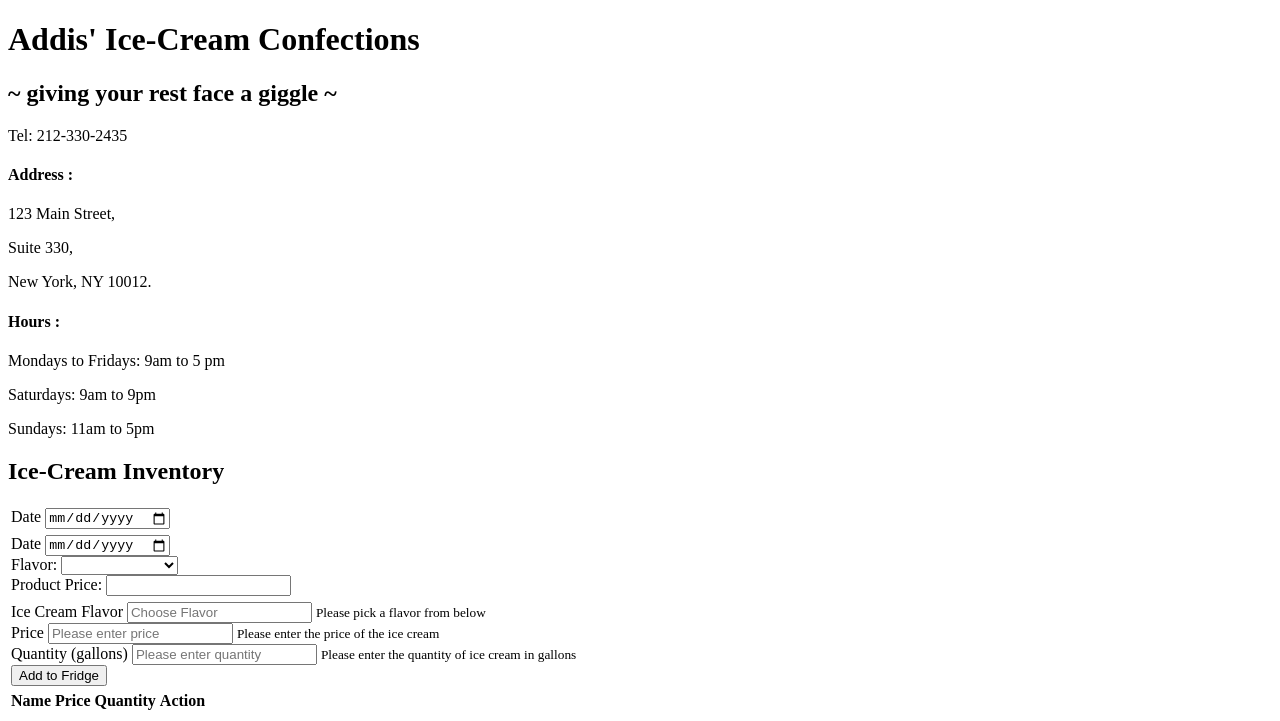
Repository: addisjackson/inventory-web-application
Page: index.html
The author's editor kept a copy of each file at every save. The page is drawn from the files as they stood at one save, then again after the next save.
The browser window is 1280 px wide. The pictures show the whole page.

Above is the page before, as saved 2023-07-05 17:59:09.

### index.html
<!DOCTYPE html>
<html lang="en">
<head>
    <meta charset="UTF-8">
    <meta name="viewport" content="width=, initial-scale=1.0">
    <meta http-equiv="X-UA-Compatible" content="ie=edge">
    <title>Inventory Web Application</title>
    <link rel="stylesheet" href="style.css">
    <script>
        function toggleNewFlavorInput() {
            const flavorSelect = document.getElementById("flavor");
            const newFlavorInput = document.getElementById("newFlavorInput");
            if (flavorSelect.value === "newFlavor") {
                newFlavorInput.style.display = "block";
            } else {
                newFlavorInput.style.display = "none";
            }
        }
    </script>
</head>
    <body>
    <div class="storename">
        <div class="header">
            <h1>Addis' Ice-Cream Confections</h1>
        </div>
    </div>
        <div class="slogon">
            <h2>~ giving your rest face a giggle ~</h2>
        </div>
        <div class="tel">
            <p>Tel: 212-330-2435</p>
        </div>
        <div class="addresshours">
            <div class="address">
                <h4>Address :</h4>
                <p>123 Main Street,</p>
                <p>Suite 330,</p>
                <p>New York, NY 10012.</p>
            </div>
        <div class="addresshours">
            <div class="hours">
                <h4>Hours :</h4>
                <p>Mondays to Fridays: 9am to 5 pm</p>
                <p>Saturdays: 9am to 9pm</p>
                <p>Sundays: 11am to 5pm</p>
            </div>
        </div>
        <div class="title">
            <h2>Ice-Cream Inventory</h2>
        </div>
            </div>
        <table>
            <tr>
                <td>
                    <form autocomplete="off" onsubmit="onFormSubmit()">
                        <div class="datename">
                            <label for="date">Date</label>
                            <input type="date" name="date" id="date">
                        </div>
                        <div class="datename">

                        </div>
                    </form>
                </td>
            </tr>
        </table>
        <table>
            <tr>
                <td>
                    <form autocomplete="off" onsubmit="onFormSubmit()">
                        <div class="datename">
                            <label for="date">Date</label>
                            <input type="date" name="date" id="date">
                        </div>
                        <div class="datename">
                            <label for="flavor">Flavor:</label>
                            <select id="flavor" onchange="toggleNewFlavorInput()">
                                <option value="Vanilla"></option>
                                <option value="Chocolate"></option>
                                <option value="Strawberry"></option>
                                <option value="Cookies and Cream"></option>
                                <option value="Cookie Dough"></option>
                                <option value="Butter Pecan"></option>
                                <option value="Birthday Cake"></option>
                                <option value="Rocky Road"></option>
                                <option value="Coffee"></option>
                                <option value="Pistachio"></option>
                                <option value="Chocolate Chip"></option>
                                <option value="Chocolate Chip Cookie Dough"></option>
                                <option value="Chocolate Peanut Butter"></option>
                                <option value="Chocolate Marshmallow"></option>
                                <option value="Chocolate Chip Mint"></option>
                                <option value="Chocolate Fudge Brownie"></option>
                                <option value="newFlavor">Flavor not listed</option>
                            </select>
                            <input type="text" id="newFlavorInput" name="newFlavor" style="display: none;">
                        </div>
                        <div>
                            <label for="productPrice">Product Price:</label>
                            <input type="number" name:"productPrice" id="productPrice">
                        </div>
                        <div>
                            <label for="quantityPurchased"></label>
                        </div>
                    </form>
                </td>
            </tr>
        </table>
            <div class="form">
                <form name="inventory" id="form">
                    <table>
                        <tr>
                            <td>
                                <div class="form-control">
                                    <label for="iceCreamNames">Ice Cream Flavor</label>
                                    <input list="ice-cream-flavors" id="iceCreamNames" name="iceCreamNames"
                  placeholder="Choose Flavor" onchange="if (this.value=='10000'){userselect.
                  style.visibility='visible'}else {userselect.style.visibility='hidden'};">
                                    <small>Please pick a flavor from below</small>
                                    <datalist id="ice-cream-flavors">
                                    </datalist>
                                    <input type="textbox" name="10000" id="input" style="visibility:hidden;">
                                </div>
                                <div class="form-control">
                                    <label for="price">Price</label>
                                    <input type="number" id="price" name="price" placeholder="Please enter price" required>
                                    <small>Please enter the price of the ice cream</small>
                                </div>
                                <div class="form-control">
                                    <label for="quantity">Quantity (gallons)</label>
                                    <input type="number" id="quantity" name="quantity" placeholder="Please enter quantity" required>
                                    <small>Please enter the quantity of ice cream in gallons</small>
                                </div>
                                <button type="submit">Add to Fridge</button>
                             </form>
                            </td>
                        </tr>
                    </table>

            </div>
            <div class="table">
                <table id="table">
                    <thead>
                        <tr>
                            <th>Name</th>
                            <th>Price</th>
                            <th>Quantity</th>
                            <th>Action</th>
                        </tr>
                    </thead>
                    <tbody id="tbody">
                    </tbody>
                </table>
            </div>
        </div>
    </div>

Loaded but not shown: style.css (no copy from this time; the picture is the same without it)

After the next save:
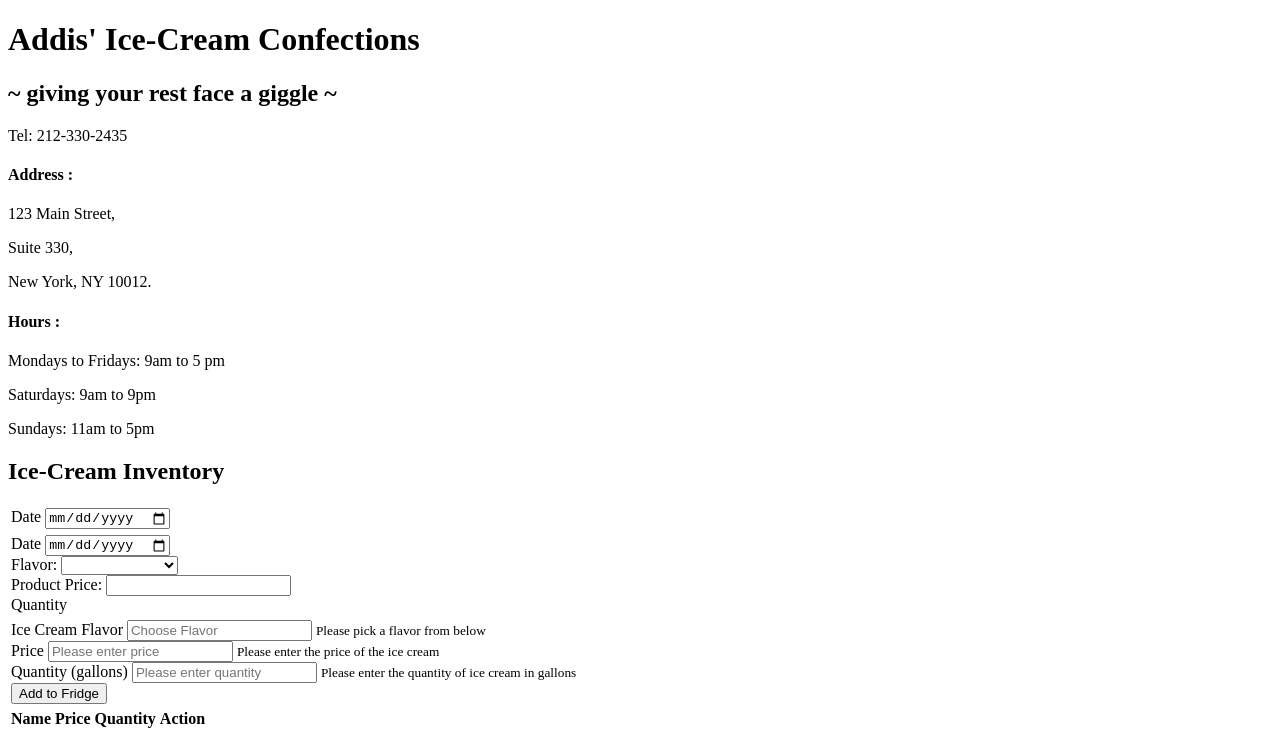
Saved 5 s later.
--- a/index.html
+++ b/index.html
@@ -100,7 +100,7 @@
                             <input type="number" name:"productPrice" id="productPrice">
                         </div>
                         <div>
-                            <label for="quantityPurchased"></label>
+                            <label for="quantityPurchased">Quantity </label>
                         </div>
                     </form>
                 </td>
